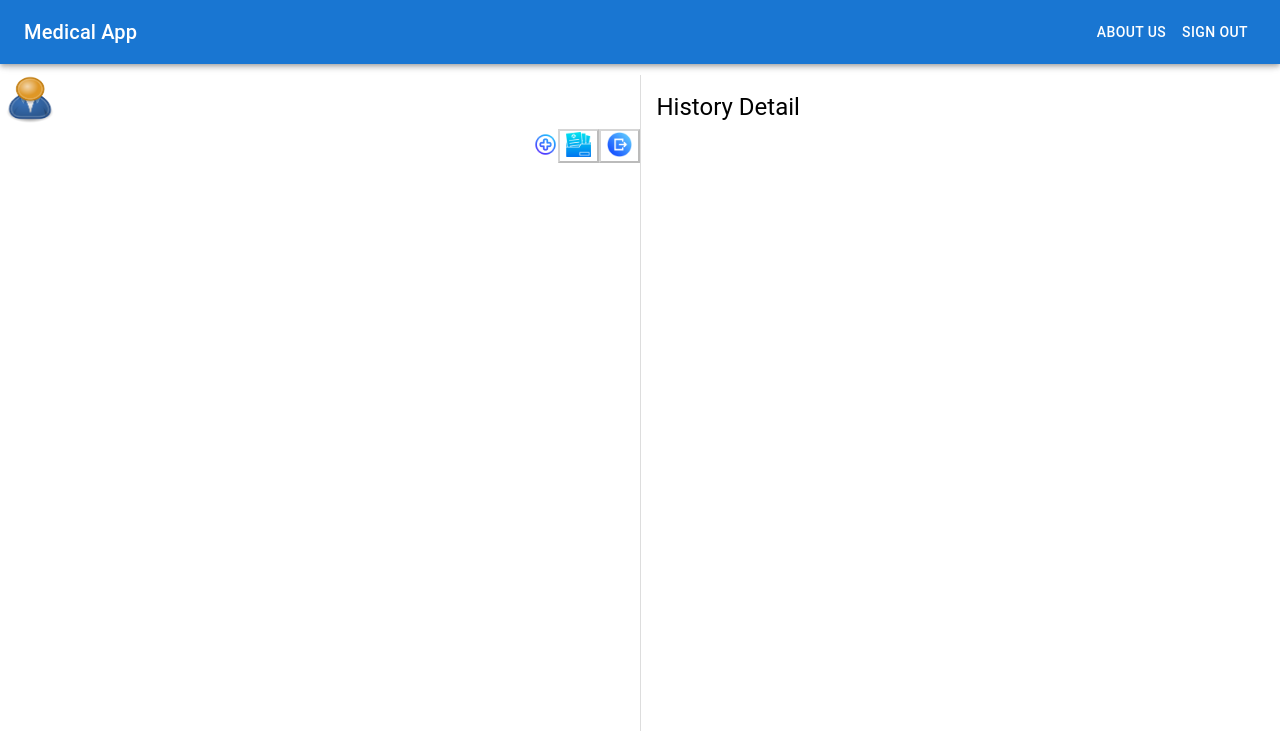
Repository: sshaiv/demo_project
Page: /
An editor plug-in stored every save of this project. The page is shown before and after the next save, followed by the edit.
The browser window is 1280 px wide. The pictures show the whole page.
The project was rebuilt for these pictures with package versions that can differ from the ones it lists, and the page was loaded fresh each time.

Above is the page before, as saved 2024-08-12 20:44:30.

### src/App.js
// src/App.js
import React from 'react';
import { Box, Container } from '@mui/material';
import LeftSection from './components/LeftSection';
import RightSection from './components/RightSection';
import Header from './components/Header'; // Assuming you have a Header component
import NursingHeader from './components/NursingHeader';

const App = () => {
  return (
    <div>
      <Header /> {/* Include your header if you have one */}

      <Box
        sx={{
          position:'relative',
          top:'75px',
          display: 'flex',
          height: 'calc(100vh - 64px)', // Adjust height if you have a header
        }}
      >
        <Box sx={{ width: '50%', overflowY: 'scroll' }}>
          <LeftSection />
           <NursingHeader />
        </Box>
        <Box sx={{ width: '50%', borderLeft: '1px solid #ddd' }}>
          <RightSection />
        </Box>
      </Box>
    </div>
  );
};

export default App;

### src/components/LeftSection.jsx
// src/components/LeftSection.js
import React from 'react';
// import { Box, Typography, TextField, Grid } from '@mui/material';

const LeftSection = () => {
  return (
   <div></div>
  );
};

export default LeftSection;

### src/components/RightSection.jsx
// src/components/RightSection.js
import React from 'react';
import { Box, Typography } from '@mui/material';

const RightSection = () => {
  return (
    <Box
      sx={{
        width: '100%',
        height: 'calc(100vh - 64px)',
        padding: '16px',
        boxSizing: 'border-box',
      }}
    >
      <Typography variant="h5" gutterBottom>
        History Detail
      </Typography>
      {/* Add more content as needed */}
    </Box>
  );
};

export default RightSection;

### src/components/Header.js
import React from 'react';
import { AppBar, Toolbar, Typography, Button } from '@mui/material';

const Header = () => {
  return (
    <AppBar position="fixed">
      <Toolbar>
        <Typography variant="h6" style={{ flexGrow: 1 }}>
          Medical App
        </Typography>
        <Button color="inherit">About Us</Button>
        <Button color="inherit">Sign Out</Button>
      </Toolbar>
    </AppBar>
  );
};

export default Header;

### src/components/NursingHeader.js
import React from "react";

const NursingHeader = () => {
  return (
    <div id="NursingHeader" className="container-fluid">
      <div className="row">
        {/* Employee Image */}
        <div className="col-md-1">
          <img
            id="imgEmp"
            src="/Images/2000px-User_icon_2.svg.png"
            alt="Employee"
            style={{ width: "60px", height: "50px" }}
          />
        </div>

        {/* Patient Information */}
        <div className="col-md-5">
          <div className="input-group input-group-sm" style={{ fontWeight: "bolder", border: "none" }}>
            <span id="txtPatName" style={{ display: "inline", fontWeight: "bolder", border: "none" }}>
              {/* Patient Name */}
            </span>
            <span id="txtAgeSex" style={{ display: "inline", fontWeight: "bolder", border: "none" }}>
              {/* Age and Sex */}
            </span>
            <span id="txtNurIpdNo" style={{ display: "inline", fontWeight: "bolder", border: "none" }}>
              {/* Nurse IPD Number */}
            </span>
            <span id="txtMobNo" className="glyphicon glyphicon-phone" style={{ display: "inline", fontWeight: "bolder", fontSize: "15px", border: "none" }}>
              {/* Mobile Number */}
            </span>
          </div>
        </div>

        {/* Action Buttons */}
        <div className="col-md-6" style={{ textAlign: "right" }}>

           <img src="/assets/addpatients.png" style={{ width: "25px", height: "25px" }} alt="ADD" />

          <Button
            id="btnMRDAdd"
            imgSrc="/Images/docExmnpics/folder.png"
            // onClick={() => DocumentPatientFile(2)}
            title="MRD"
            disabled
          />
          <Button
            imgSrc="/Images/docExmnpics/log-out.png"
            // onClick={onClose}
            disabled
          />
        </div>
      </div>

      {/* Hidden Fields */}
      <div className="row">
        <div className="col-md-1" hidden>
          <label>Bed No.</label>
          <input id="txtBedNo" type="text" className="form-control form-control-readonly" readOnly disabled />
        </div>
        <div className="col-md-1" hidden>
          <label>Age</label>
          <input id="txtAge" type="text" className="form-control form-control-readonly" readOnly disabled />
        </div>
        <div className="col-md-1" hidden>
          <label>Gender</label>
          <input id="txtGender" type="text" className="form-control form-control-readonly" readOnly disabled />
        </div>
      </div>
    </div>
  );
};

// Reusable Button Component
const Button = ({ id, imgSrc, onClick, title, disabled }) => (
  <button
    id={id}
    className="btn btn-primary btn-sm"
    style={{ backgroundColor: "transparent" }}
    onClick={onClick}
    title={title}
    disabled={disabled}
  >
    <img src={imgSrc} style={{ width: "25px", height: "25px" }} alt={title || "button"} />
  </button>
);

export default NursingHeader;

Loaded but not shown: public/index.html (common file); src/index.js (common file); src/index.css (common file)

After the next save:
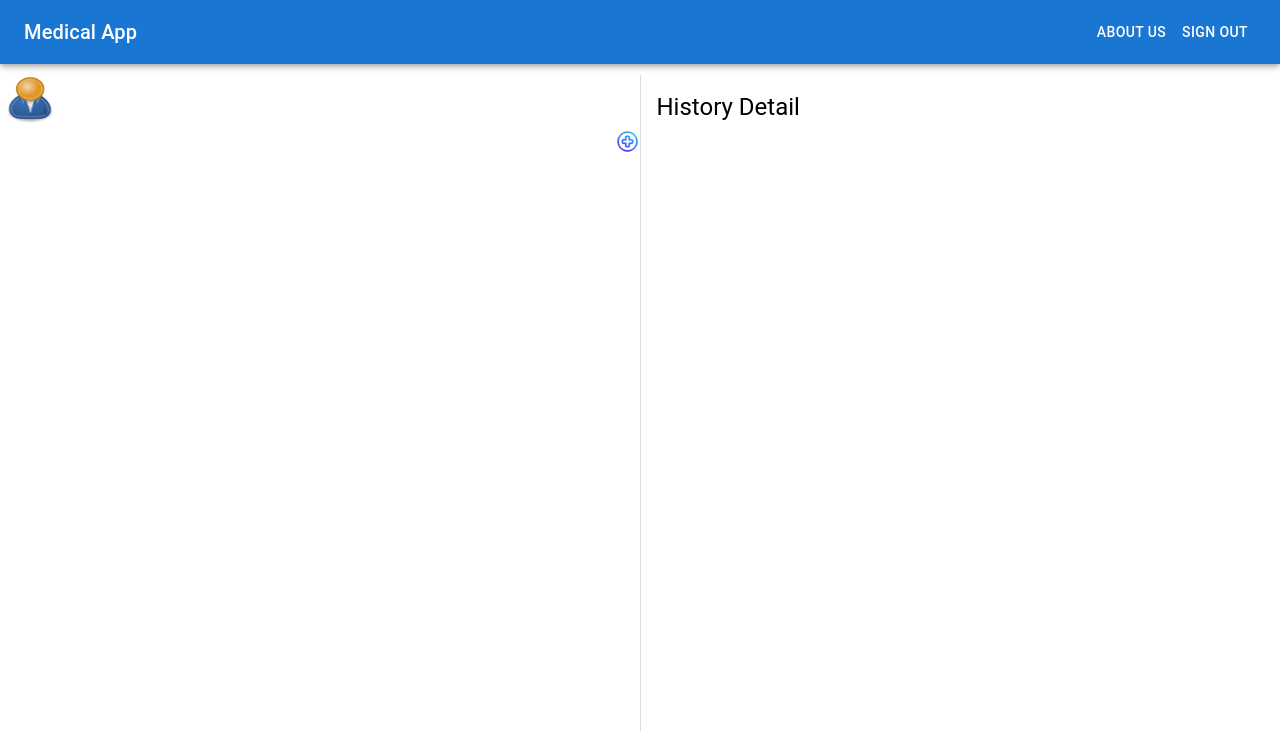
Saved 5 s later.
--- a/src/components/NursingHeader.js
+++ b/src/components/NursingHeader.js
@@ -37,18 +37,7 @@ const NursingHeader = () => {
 
            <img src="/assets/addpatients.png" style={{ width: "25px", height: "25px" }} alt="ADD" />
 
-          <Button
-            id="btnMRDAdd"
-            imgSrc="/Images/docExmnpics/folder.png"
-            // onClick={() => DocumentPatientFile(2)}
-            title="MRD"
-            disabled
-          />
-          <Button
-            imgSrc="/Images/docExmnpics/log-out.png"
-            // onClick={onClose}
-            disabled
-          />
+
         </div>
       </div>
 
